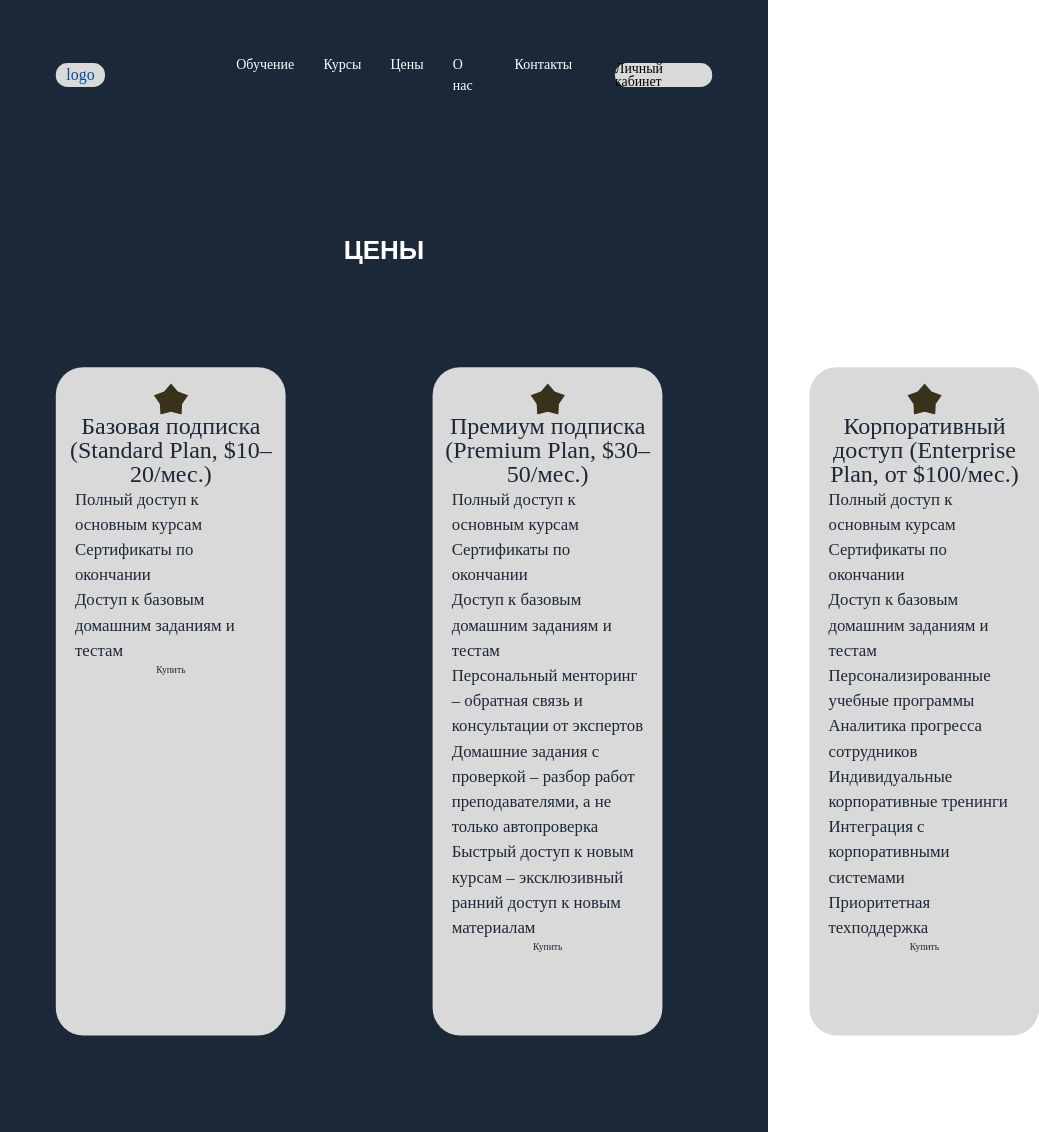
Repository: marjango/course
Page: /pricepage
These files come from the project's save history. The page is drawn as it stood at one moment and after the next save; the edit follows.
The browser window is 1280 px wide. The page is 1732 px wide, so the pictures cover 1732 px, including what lies to the right of the window. The pictures show the whole page, at 60% of full size.
The project was rebuilt for these pictures with package versions that can differ from the ones it lists, and the page was loaded fresh each time. The framework's server and built-in components were replaced by stand-ins that run in the browser. Also part of the build but not shown: next.config.ts.

Above is the page before, as saved 2025-03-26 21:03:30.

After the next save:
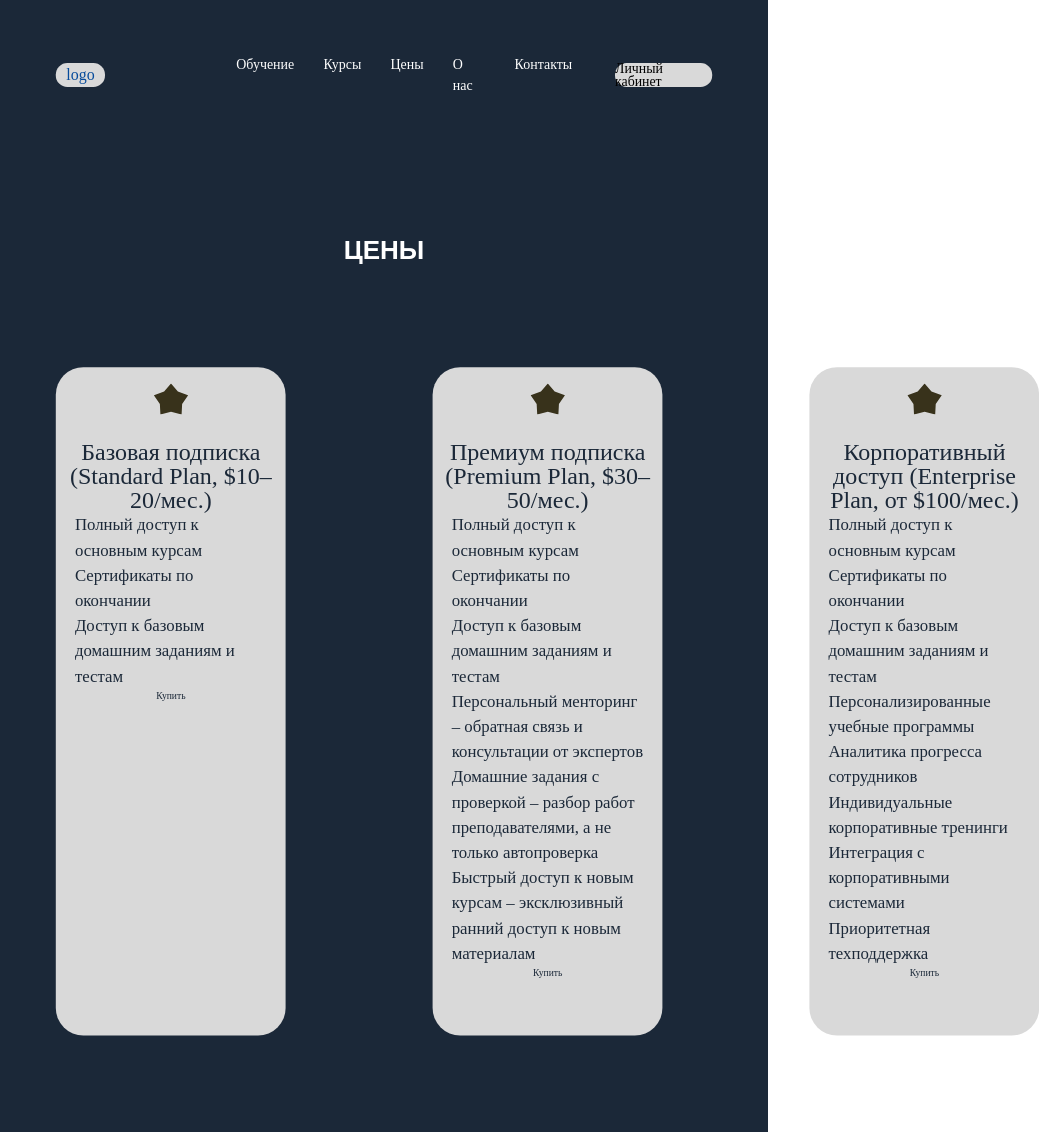
Saved 4 s later.
--- a/app/pricepage/price.module.css
+++ b/app/pricepage/price.module.css
@@ -73,7 +73,7 @@
 }
 .column img {
     margin-top: 27px;
-    margin-bottom: ;
+    margin-bottom: 43px;
 }
 
 .column h3 {
